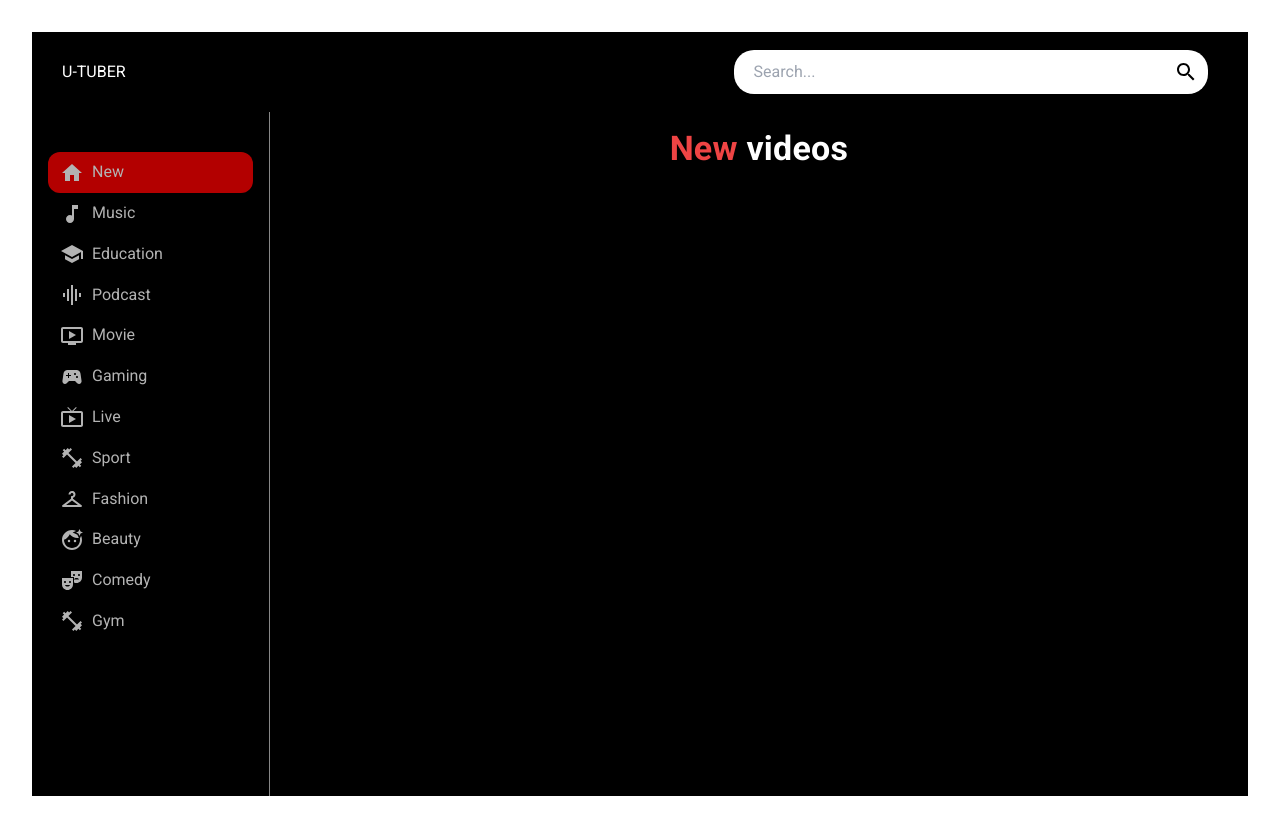
Repository: Nurlan-Bakenbaev/YoutubeClone
Page: /
These files come from the project's save history. The page is drawn as it stood at one moment and after a run of saves; the edit follows.
The browser window is 1280 px wide. The pictures show the whole page.
The page's requests for data from a server got no answer. The project was rebuilt for these pictures with package versions that can differ from the ones it lists, and the page was loaded fresh each time. No one was signed in, and anything a server would have sent is missing. Also part of the build but not shown: vite.config.js, src/components/VideoCard.jsx, src/components/ChannelCard.jsx, src/components/VideoDetails.jsx, src/components/SearchFeed.jsx, src/components/ChannelDetails.jsx.

Above is the page before, as saved 2023-09-08 15:32:24.

After the next 4 saves:
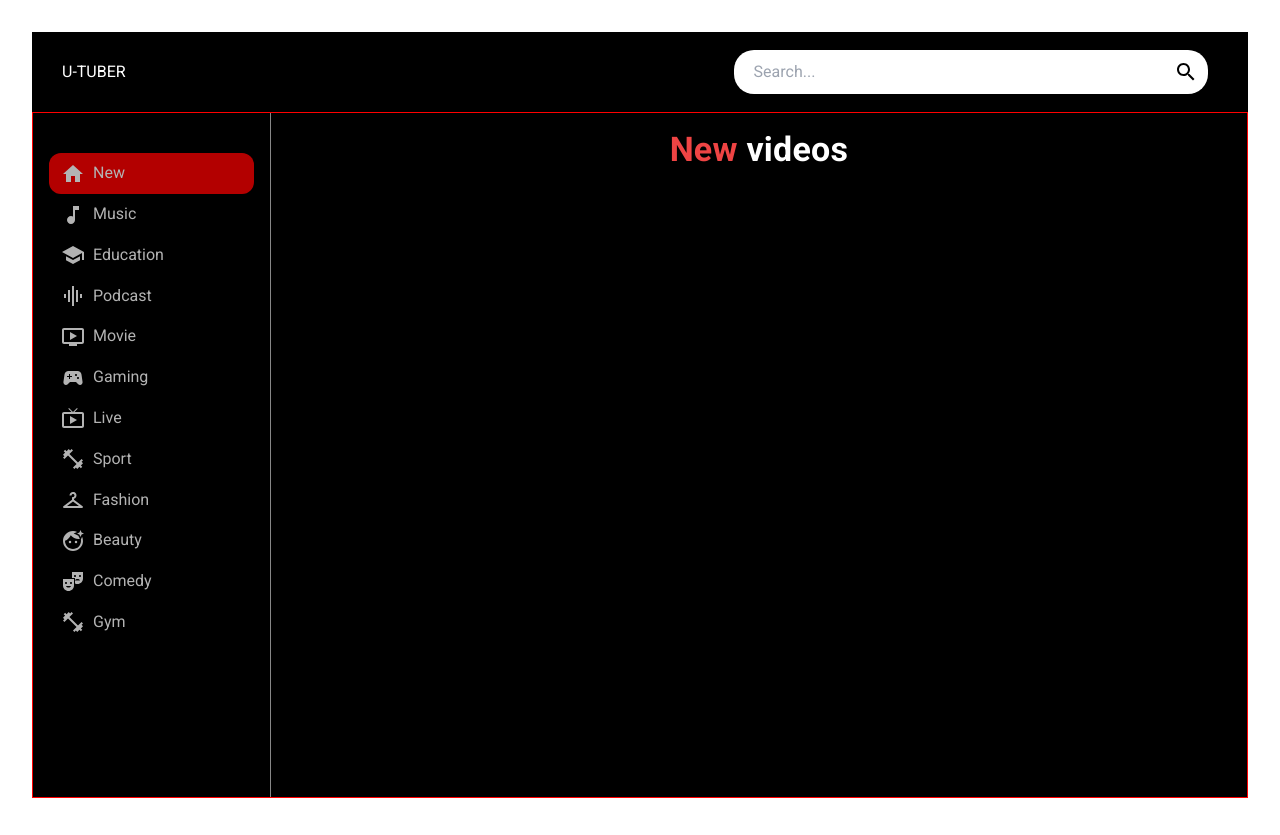
The 4 saves are shown as one change because they came seconds apart.
The last was saved 47 s later.
--- a/src/components/Feed.jsx
+++ b/src/components/Feed.jsx
@@ -13,7 +13,7 @@ const Feed = () => {
   }, [selectedCategory]);
 
   return (
-    <Stack sx={{ flexDirection: { sx: "column", md: "row" }, height:'100%' }}>
+    <Stack sx={{ flexDirection: { sx: "column", md: "row" }, border:'1px solid red' }}>
       <Box
         sx={{
           height: { sx: "auto", md: "95vh" },
